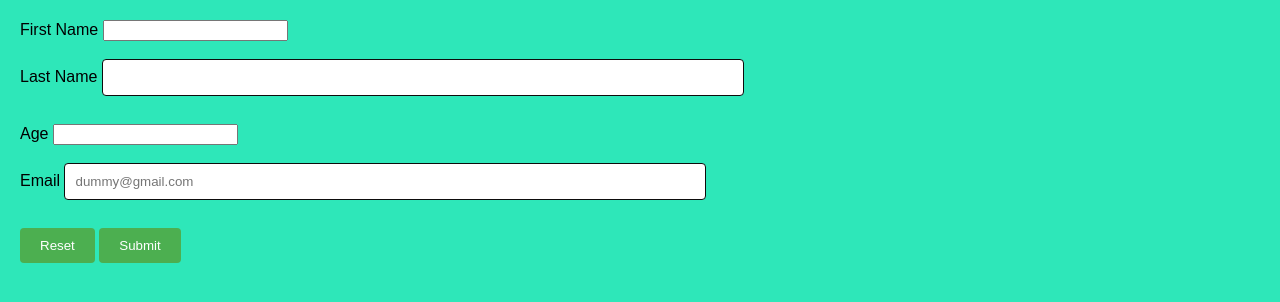
Repository: Haakim19/web-dev
Page: form.html
These files come from the project's save history. The page is drawn as it stood at one moment and after the next save; the edit follows.
The browser window is 1280 px wide. The pictures show the whole page.

Above is the page before, as saved 2024-06-02 16:13:40.

After the next save:
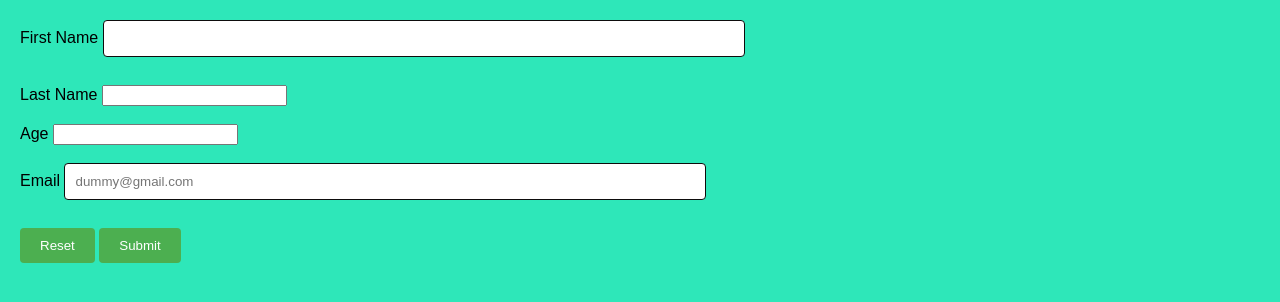
Saved 7 s later.
--- a/form.css
+++ b/form.css
@@ -12,7 +12,7 @@ form {
 }
 
 /* Style form elements */
-input[type="text"],
+input[type="name"],
 input[type="email"],
 input[type="password"],
 textarea {
